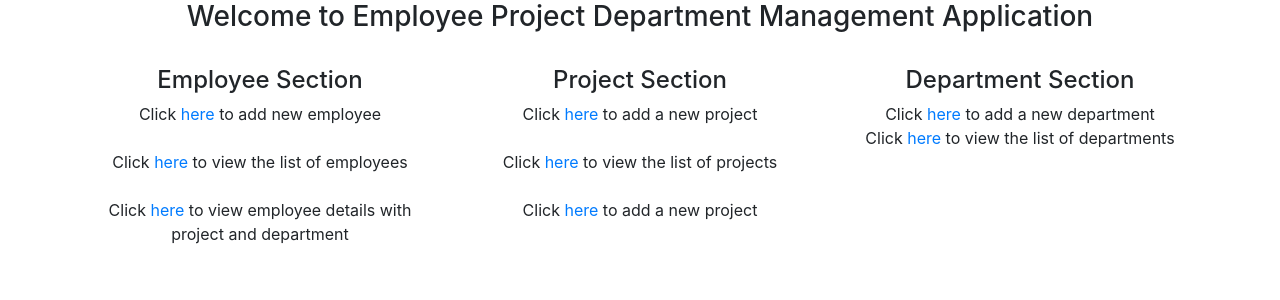
Repository: ArmanAli-cmd/EmployeeProjectDepartmentApplication
Page: http://localhost/EmployeeProjectDepartmentMVCApplication/views/index.jsp
The author's editor kept a copy of each file at every save. The page is drawn from the files as they stood at one save, then again after the next save.
The browser window is 1280 px wide. The pictures show the whole page.
The page is served by Tomcat 9. The template is opened directly, without the code that normally fills it, so the values that code supplies are empty.

Above is the page before, as saved 2024-01-18 05:00:25.

After the next save:
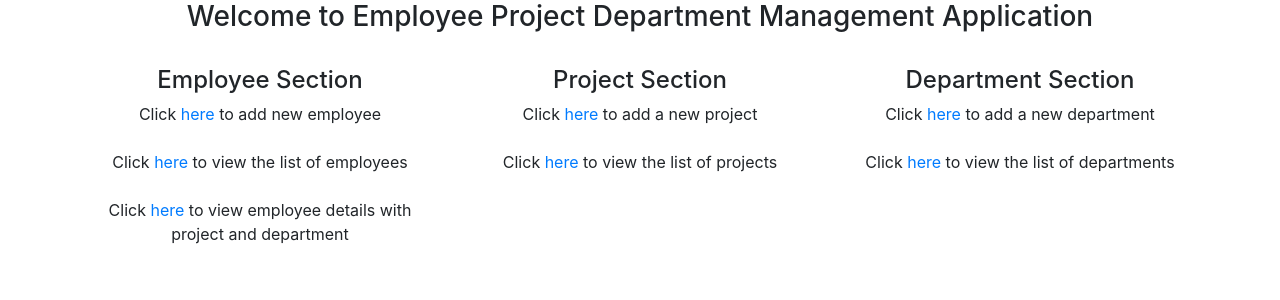
Saved 28 s later.
--- a/EmployeeProjectDepartmentMVCApplication/src/main/webapp/views/index.jsp
+++ b/EmployeeProjectDepartmentMVCApplication/src/main/webapp/views/index.jsp
@@ -49,15 +49,15 @@
 					Click <a href="views/project-signup.jsp">here</a> to add a new project
 					<br> <br>
 					 Click <a href="/projects">here</a> to view the list of projects
-					<br> <br>
-					 Click <a href="views/project-add.jsp">here</a> to add a new project
 				</p>
 			</div>
 			<div class="col-sm-4">
 				<h4>Department Section</h4>
 				<p>
 					Click <a href="views/department-signup.jsp">here</a> to add a new
-					department <br> Click <a href="/departments">here</a> to view
+					department
+					<br><br>
+					Click <a href="/departments">here</a> to view
 					the list of departments<br>
 				</p>
 			</div>
